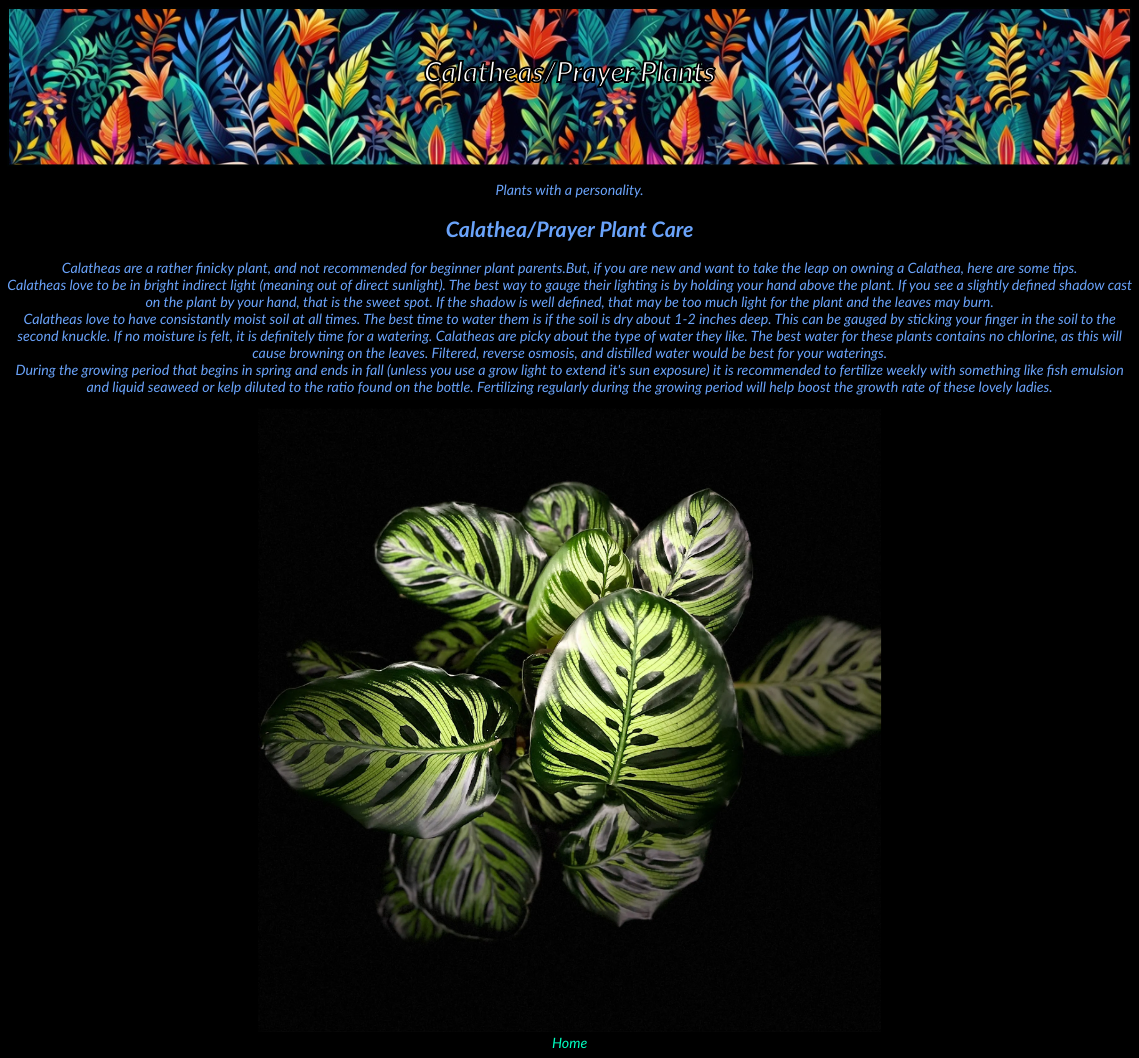
Repository: swillis91/odin-recipies
Page: Planty Page/calatheas.html
The author's editor kept a copy of each file at every save. The page is drawn from the files as they stood at one save, then again after the next save.
The browser window is 1280 px wide. The pictures show the whole page, at 89% of full size.

Above is the page before, as saved 2023-08-11 23:25:03.

After the next save:
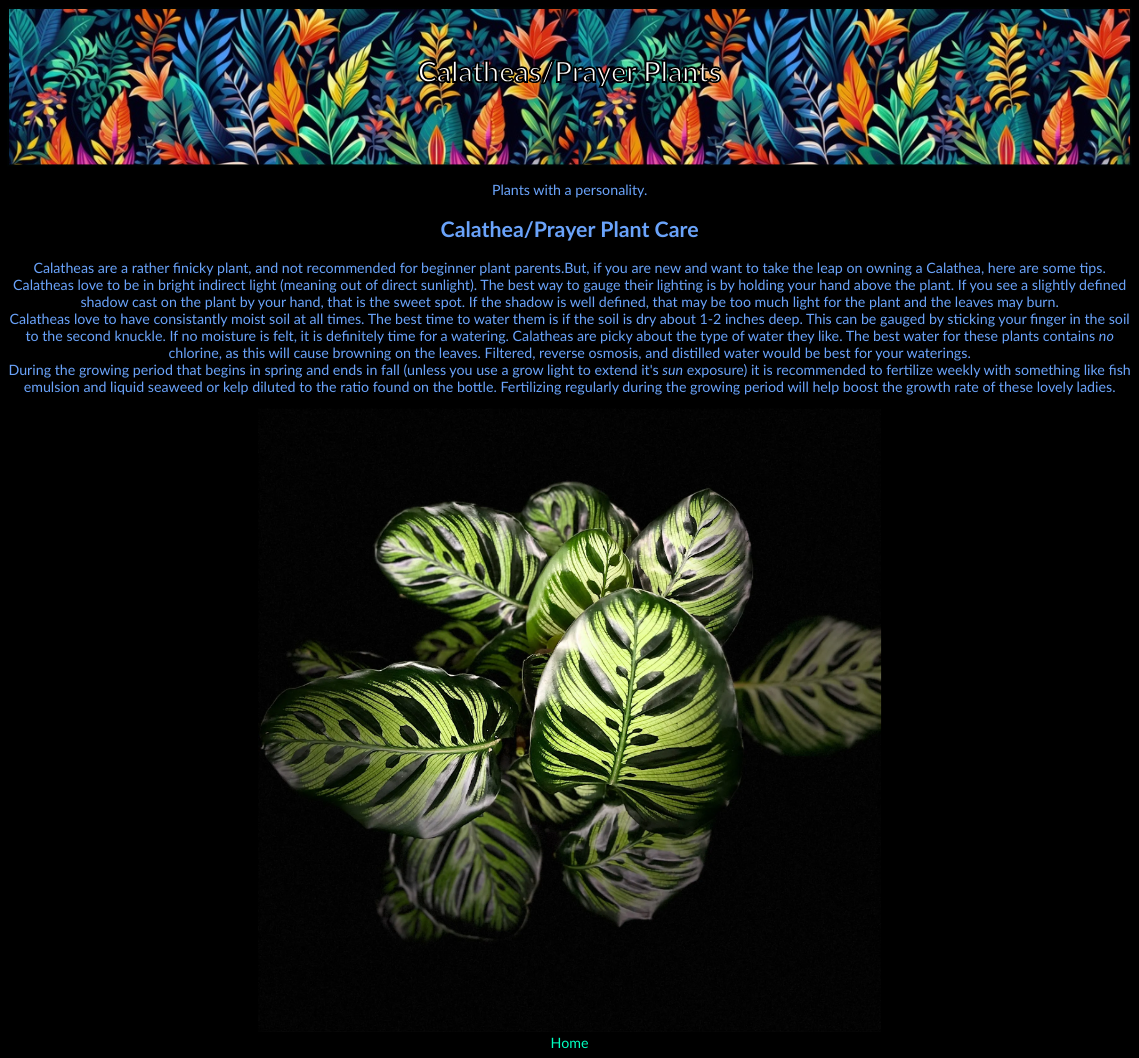
Saved 31 s later.
--- a/Planty Page/style.css
+++ b/Planty Page/style.css
@@ -3,7 +3,7 @@ body{
     color:rgb(106, 163, 250);
     text-align: center;
     font-family:'Trebuchet MS', 'Lucida Sans Unicode', 'Lucida Grande', 'Lucida Sans', Arial, sans-serif;
-    font-style: oblique;
+    font-style:normal;
 }
 
 .heading{
